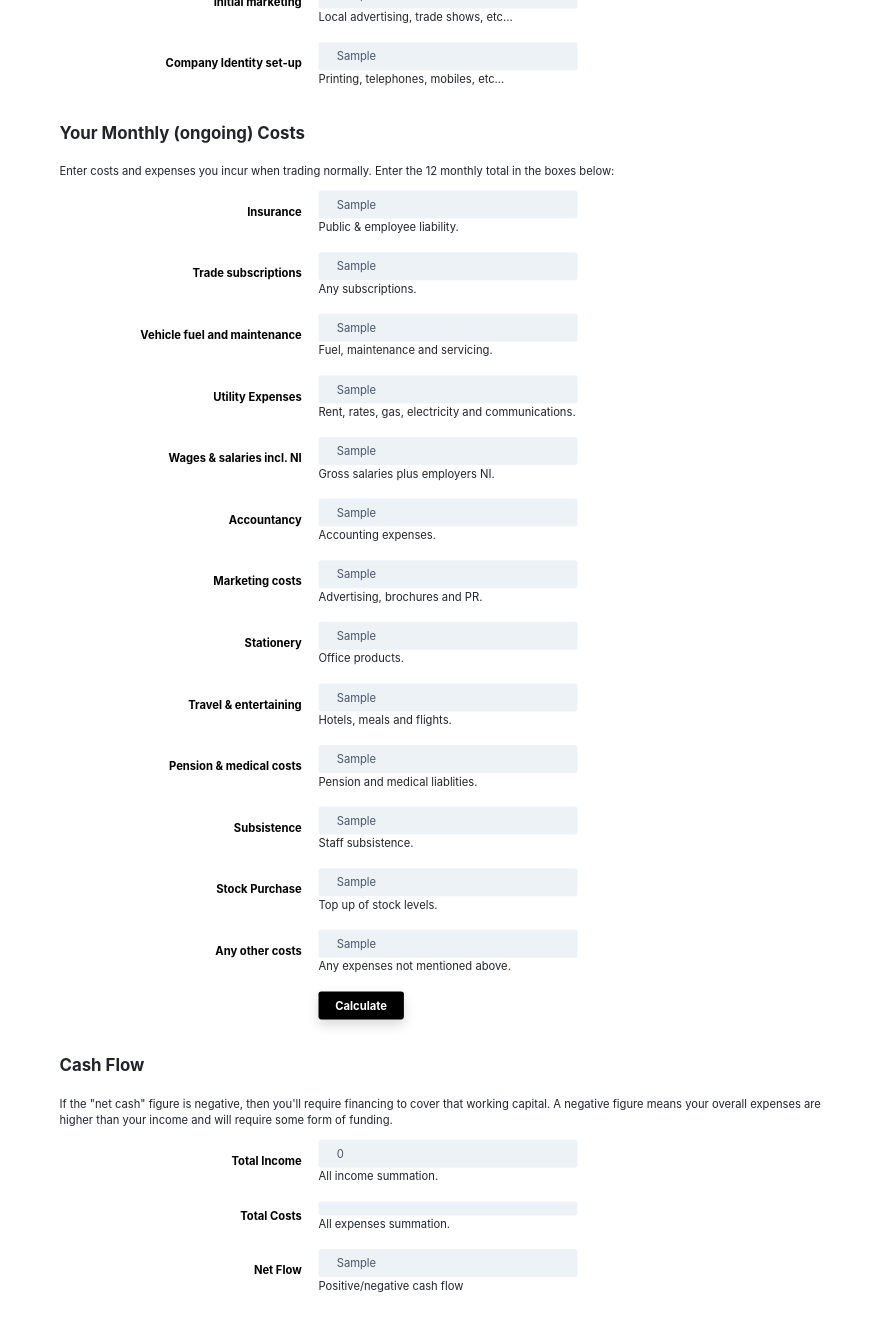
Repository: latenightsnacc/Financial-Forecast
Page: financial-forecast.html
The author's editor kept a copy of each file at every save. The page is drawn from the files as they stood at one save, then again after the next save.
The browser window is 1280 px wide. The pictures show the part of the page from y = 1026 to 2946 px (the page is 2946 px tall before and 2926 px after), at 70% of full size.
Empty fields were first filled with sample values (such as "Sample", 5 or name@example.com).
After loading, the first visible `#calculate` was clicked once.

Above is the page before, as saved 2020-11-22 19:44:12.
Console error: TypeError: totalIncome.write is not a function

After the next save:
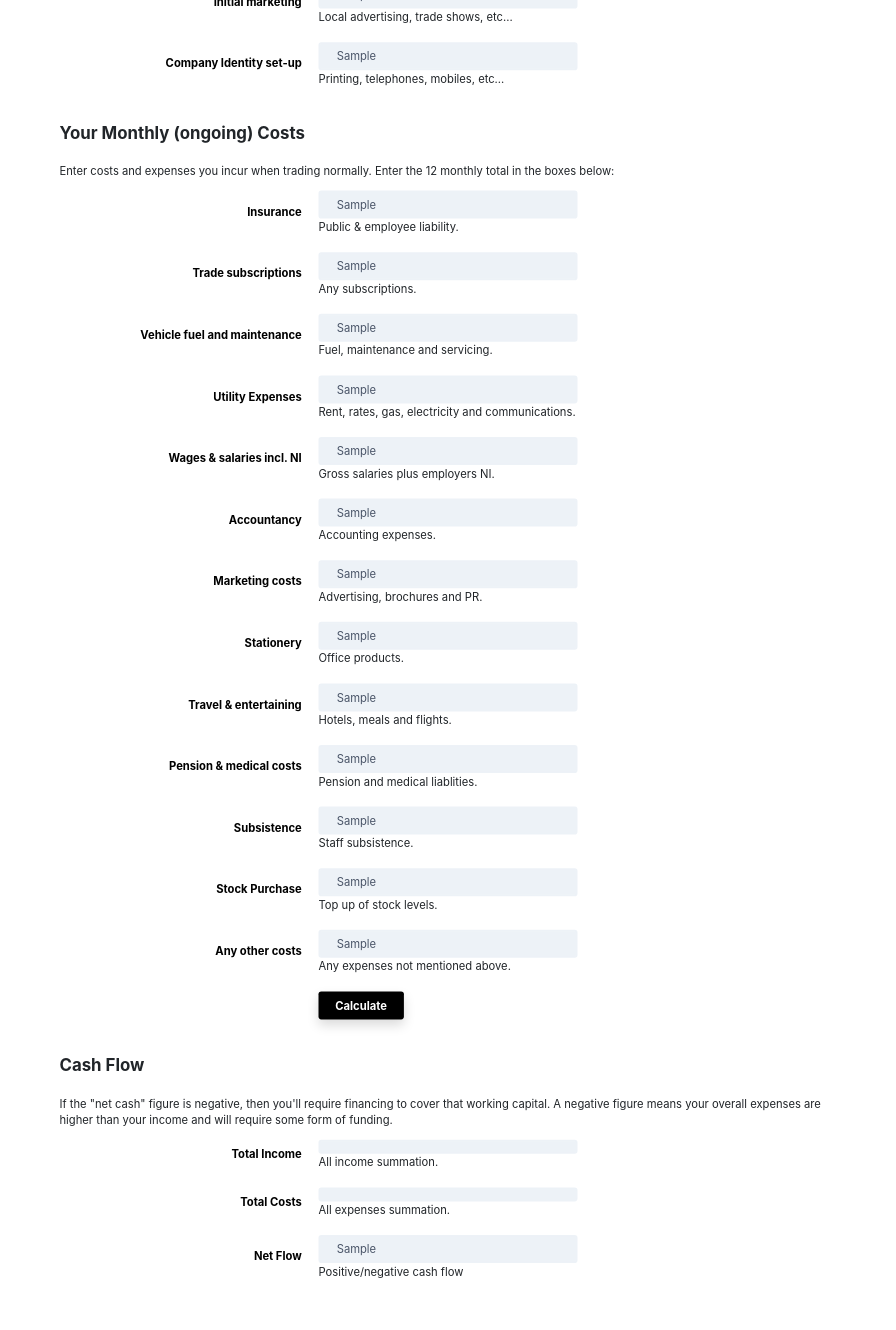
The error is gone.
Saved 6 min 39 s later.
--- a/main.js
+++ b/main.js
@@ -5,6 +5,6 @@ let totalIncome = document.getElementById('total-income');
 let calculate = document.getElementById('calculate');
 
 calculate.addEventListener('click', function(){
-    $sum = salesIncome + otherIncome;
-	totalIncome.write($sum);
+    let sum = salesIncome + otherIncome;
+	totalIncome.textContent = sum;
 });
